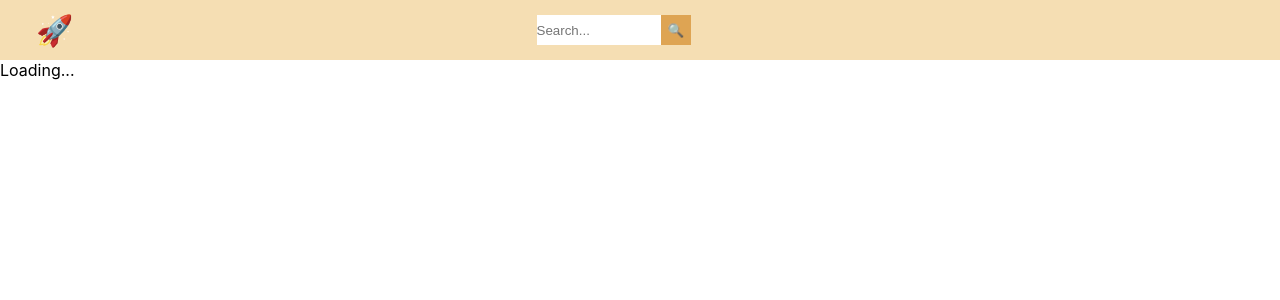
Repository: YEOMJINSEOP/React
Page: / (app in reactube/)
The author's editor kept a copy of each file at every save. The page is drawn from the files as they stood at one save, then again after the next save.
The browser window is 1280 px wide. The pictures show the whole page.
The page's requests for data from a server got no answer. The project was rebuilt for these pictures with package versions that can differ from the ones it lists, and the page was loaded fresh each time. No one was signed in, and anything a server would have sent is missing. Also part of the build but not shown: reactube/src/app.css, reactube/src/components/videoList/VideoList.module.css, reactube/src/components/videoList/VideoList.jsx.

Above is the page before, as saved 2023-01-17 11:41:44.

### reactube/public/index.html
<!DOCTYPE html>
<html lang="en">
  <head>
    <meta charset="utf-8" />
    <link rel="icon" href="%PUBLIC_URL%/favicon.ico" />
    <meta name="viewport" content="width=device-width, initial-scale=1" />
    <meta name="theme-color" content="#000000" />
    <meta
      name="description"
      content="Web site created using create-react-app"
    />

    <title>Reactube 💠</title>
  </head>
  <body>
    <noscript>You need to enable JavaScript to run this app.</noscript>
    <div id="root"></div>
  </body>
</html>

### reactube/src/app.jsx
import React from 'react';
import './app.css';
import{QueryClient, QueryClientProvider} from '@tanstack/react-query'
import VideoList from './components/videoList/VideoList';
import Header from './components/header/Header';

const queryClient = new QueryClient();
function App() {
  return (
    <QueryClientProvider client={queryClient}>
      <Header/>
      <VideoList/>
    </QueryClientProvider>
  )
}

export default App;

### reactube/src/components/header/Header.jsx
import React from 'react';
import styles from './Header.module.css';

function Header(props) {
  return (
    <div className={styles.header}>
      <button className={styles.logo} type='button'>🚀</button>
      <div className={styles.search}>
        <input className={styles.searchBox} type="text" placeholder='Search...' />
        <button type='submit' className={styles.searchBtn}>🔍</button>
      </div>
    </div>
  );
}

export default Header;

### reactube/src/components/header/Header.module.css
* {
  box-sizing: border-box;
}
button {
  background-color: transparent;
  outline: none;
  border: none;
}

.header{
  position: relative;
  background-color: wheat;
  width: 100%;
  height: 60px;
  display: flex;
  justify-content:center;
  align-items: center;
}

.logo{
  position: absolute;
  left: 10px;
  font-size: 30px;
  left: 30px;
}
.searchBox{
  width: 60%;
  height: 30px;
  outline: none;
  border: none;
  padding: 0;
}

.searchBtn{
  width: 30px;
  height: 30px;
  background-color: rgba(211, 133, 31, 0.647);
}

Loaded but not shown: reactube/src/index.js (common file); reactube/src/index.css (common file)

After the next save:
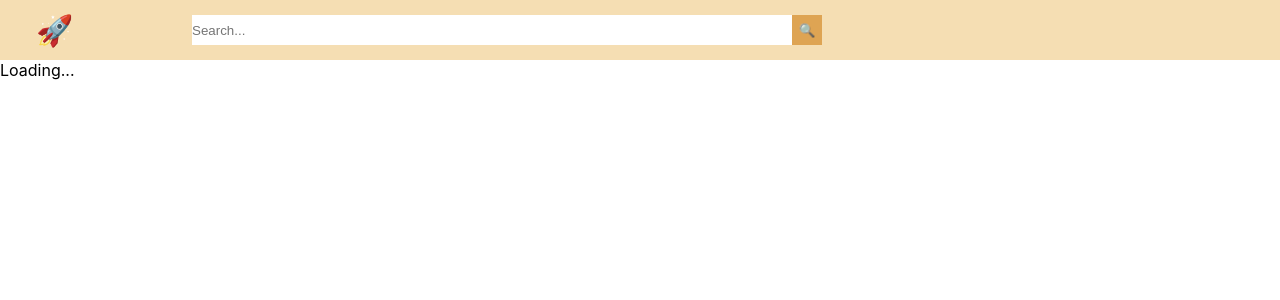
Saved 18 s later.
--- a/reactube/src/components/header/Header.module.css
+++ b/reactube/src/components/header/Header.module.css
@@ -23,8 +23,12 @@ button {
   font-size: 30px;
   left: 30px;
 }
+
+.search{
+  width: 70%;
+}
 .searchBox{
-  width: 60%;
+  width: 600px;
   height: 30px;
   outline: none;
   border: none;
